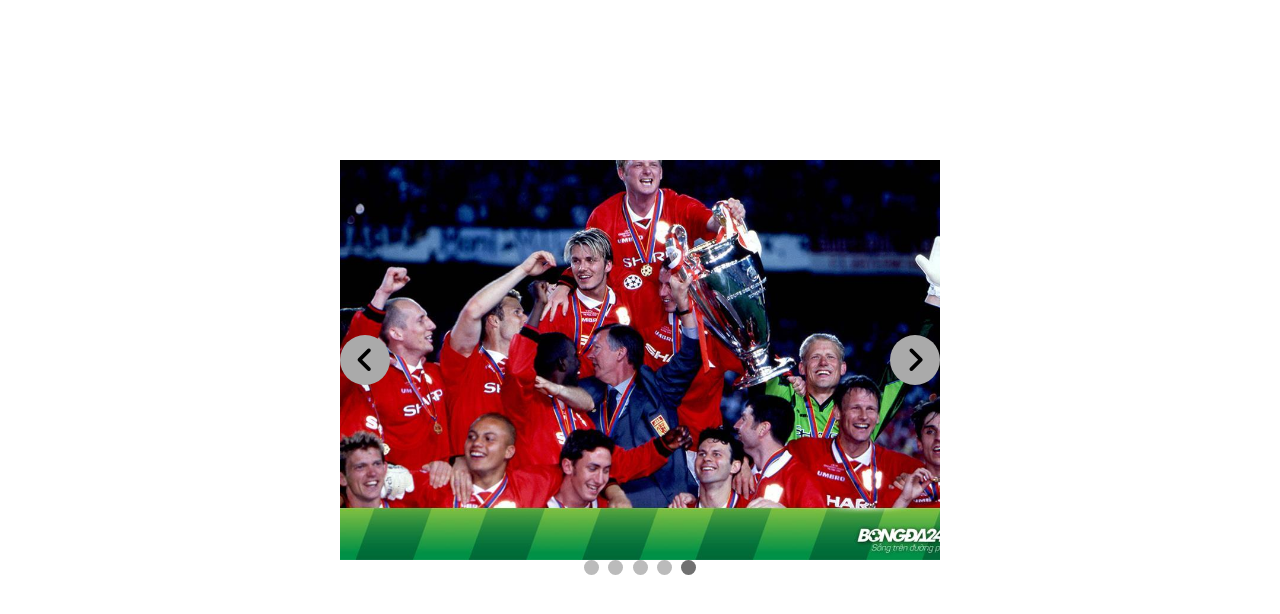
Repository: HoanTiny/slideShow
Page: index.html
These files come from the project's save history. The page is drawn as it stood at one moment and after the next save; the edit follows.
The browser window is 1280 px wide. The pictures show the whole page.
Some web libraries are served in a nearby version.

Above is the page before, as saved 2022-08-18 14:33:24.

After the next save:
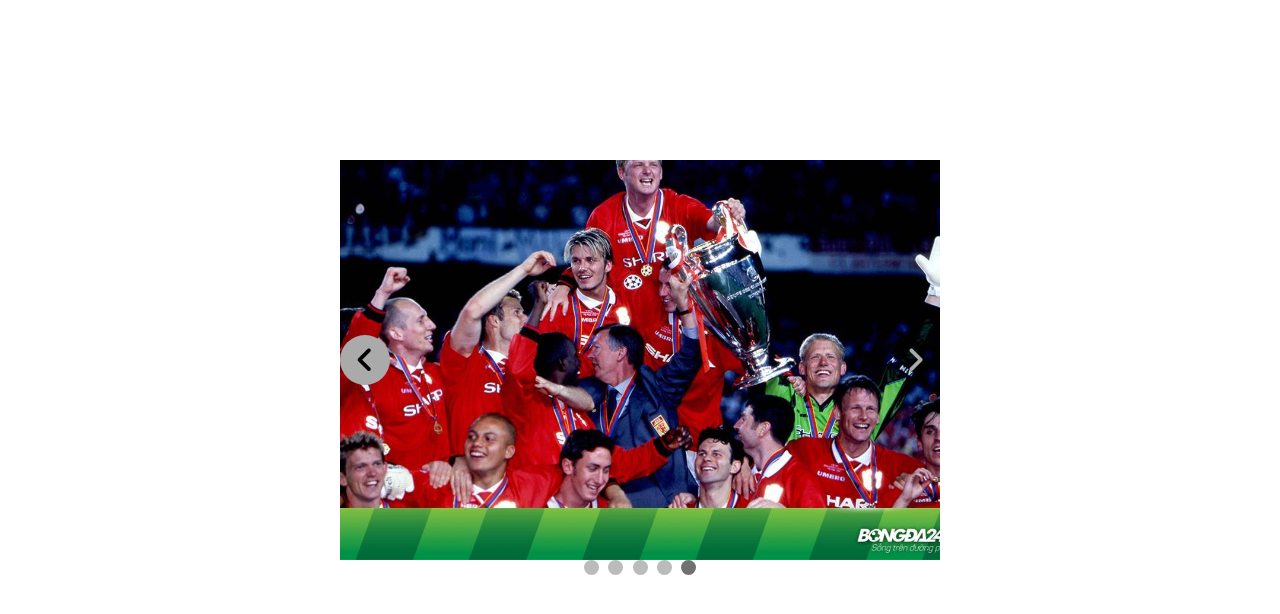
Saved 22 s later.
--- a/acssets/css/style.css
+++ b/acssets/css/style.css
@@ -31,8 +31,8 @@
     height: 50px;
     z-index: 1;
 }
-.left-btn.disibled,
-.right-btn.disibled {
+.left-btn.disabled,
+.right-btn.disabled {
     background: transparent;
     cursor: default;
     color: rgb(170, 170, 170);

After the save that followed:
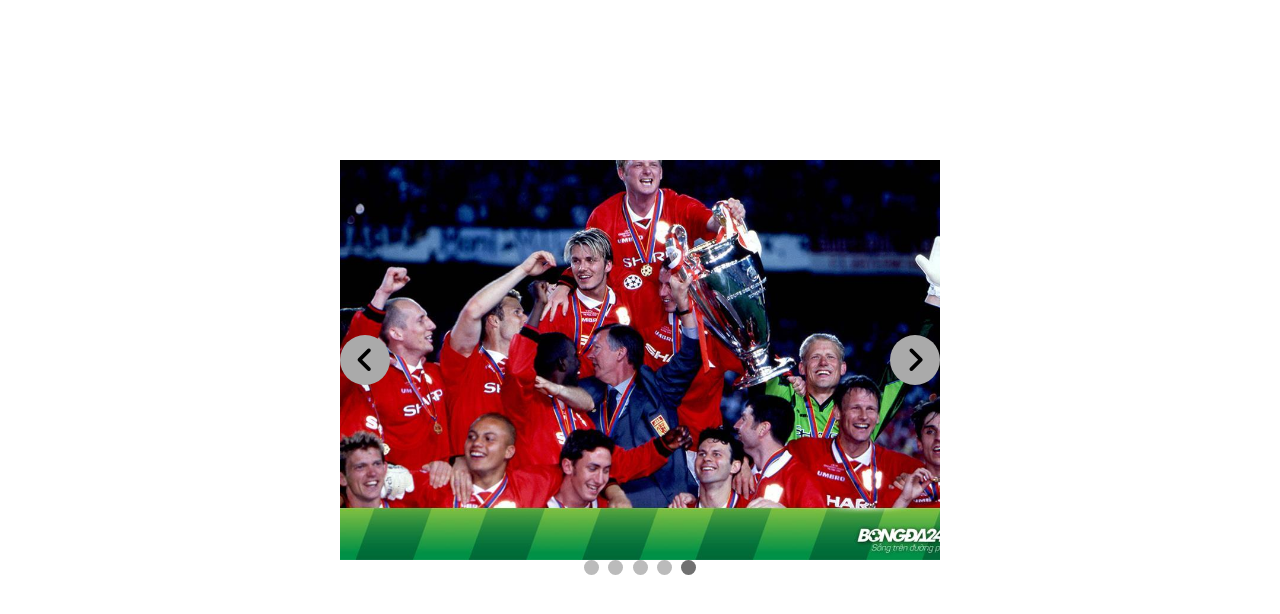
Saved 9 s later.
--- a/index.html
+++ b/index.html
@@ -27,7 +27,7 @@
                 </div>
             </div>
             <i
-                class="fa fa-angle-right right-btn disabled"
+                class="fa fa-angle-right right-btn"
                 onclick="makeSlideshow(true)"
             ></i>
             <div style="text-align: center">
